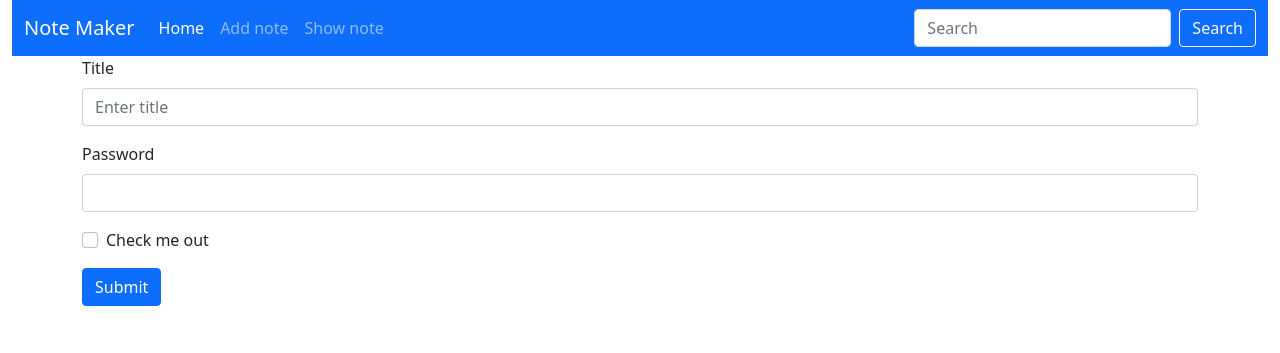
Repository: sachin1830/hibernateproject
Page: http://localhost/com.todolist/add_note.jsp
An editor plug-in stored every save of this project. The page is shown before and after the next save, followed by the edit.
The browser window is 1280 px wide. The pictures show the whole page.
Some web libraries are served in a nearby version. The page is served by Tomcat 9. Other server files are loaded and not shown.

Above is the page before, as saved 2021-01-22 04:21:35.

### com.todolist/src/main/webapp/add_note.jsp
<%@ page language="java" contentType="text/html; charset=ISO-8859-1"
	pageEncoding="ISO-8859-1"%>
<!DOCTYPE html>
<html>
<head>
<!-- Required meta tags -->
<meta charset="utf-8">
<meta name="viewport" content="width=device-width, initial-scale=1">

<!-- Bootstrap CSS -->
<link
	href="https://cdn.jsdelivr.net/npm/bootstrap@5.0.0-beta1/dist/css/bootstrap.min.css"
	rel="stylesheet"
	integrity="sha384-giJF6kkoqNQ00vy+HMDP7azOuL0xtbfIcaT9wjKHr8RbDVddVHyTfAAsrekwKmP1"
	crossorigin="anonymous">

<title>Add note</title>
</head>
<body>
	<div class="container-fluid">
		<%@include file="navbar.jsp"%>

	</div>
	<div class="container">
		<form>
			<div class="mb-3">
				<label for="title" class="form-label">Title</label>
				<input type="text" class="form-control"
					id="title" placeholder="Enter title">

			</div>
			<div class="mb-3">
				<label for="exampleInputPassword1" class="form-label">Password</label>
				<input type="password" class="form-control"
					id="exampleInputPassword1">
			</div>
			<div class="mb-3 form-check">
				<input type="checkbox" class="form-check-input" id="exampleCheck1">
				<label class="form-check-label" for="exampleCheck1">Check me
					out</label>
			</div>
			<button type="submit" class="btn btn-primary">Submit</button>
		</form>

	</div>

	<script
		src="https://cdn.jsdelivr.net/npm/bootstrap@5.0.0-beta1/dist/js/bootstrap.bundle.min.js"
		integrity="sha384-ygbV9kiqUc6oa4msXn9868pTtWMgiQaeYH7/t7LECLbyPA2x65Kgf80OJFdroafW"
		crossorigin="anonymous"></script>
	<script
		src="https://cdn.jsdelivr.net/npm/@popperjs/core@2.5.4/dist/umd/popper.min.js"
		integrity="sha384-q2kxQ16AaE6UbzuKqyBE9/u/KzioAlnx2maXQHiDX9d4/zp8Ok3f+M7DPm+Ib6IU"
		crossorigin="anonymous"></script>
	<script
		src="https://cdn.jsdelivr.net/npm/bootstrap@5.0.0-beta1/dist/js/bootstrap.min.js"
		integrity="sha384-pQQkAEnwaBkjpqZ8RU1fF1AKtTcHJwFl3pblpTlHXybJjHpMYo79HY3hIi4NKxyj"
		crossorigin="anonymous"></script>

</body>
</html>

### com.todolist/src/main/webapp/navbar.jsp
<nav class="navbar navbar-expand-lg navbar-dark bg-primary">
  <div class="container-fluid">
    <a class="navbar-brand" href="index.jsp">Note Maker</a>
    <button class="navbar-toggler" type="button" data-bs-toggle="collapse" data-bs-target="#navbarSupportedContent" aria-controls="navbarSupportedContent" aria-expanded="false" aria-label="Toggle navigation">
      <span class="navbar-toggler-icon"></span>
    </button>
    <div class="collapse navbar-collapse" id="navbarSupportedContent">
      <ul class="navbar-nav me-auto mb-2 mb-lg-0">

        <li class="nav-item">
          <a class="nav-link active" aria-current="page" href="index.jsp">Home</a>
        </li>
        <li class="nav-item">
          <a class="nav-link" href="add_note.jsp">Add note </a>
        </li>
         <li class="nav-item">
          <a class="nav-link" href="#">Show note </a>
        </li>

      </ul>
      <form class="d-flex">
        <input class="form-control me-2" type="search" placeholder="Search" aria-label="Search">
        <button class="btn btn-outline-light" type="submit">Search</button>
      </form>
    </div>
  </div>
</nav>

After the next save:
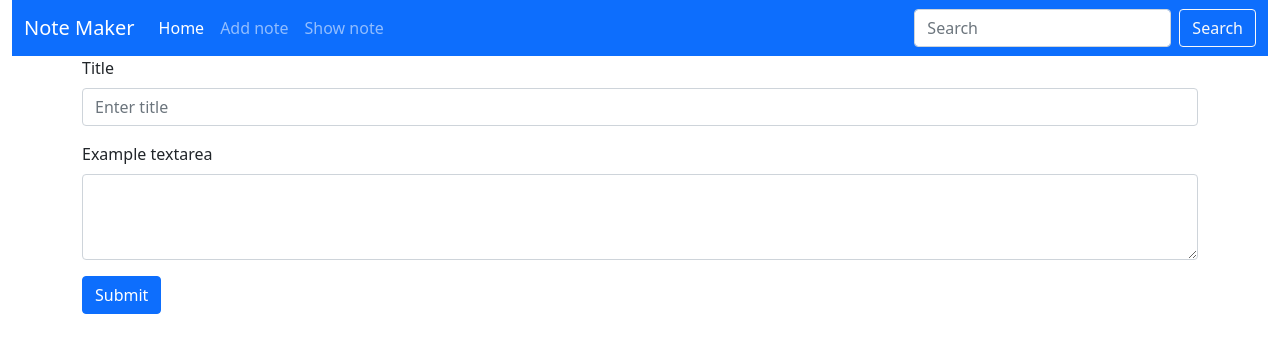
Saved 36 s later.
--- a/com.todolist/src/main/webapp/add_note.jsp
+++ b/com.todolist/src/main/webapp/add_note.jsp
@@ -24,20 +24,16 @@
 	<div class="container">
 		<form>
 			<div class="mb-3">
-				<label for="title" class="form-label">Title</label>
-				<input type="text" class="form-control"
-					id="title" placeholder="Enter title">
+				<label for="title" class="form-label">Title</label> <input
+					type="text" class="form-control" id="title"
+					placeholder="Enter title">
 
 			</div>
 			<div class="mb-3">
-				<label for="exampleInputPassword1" class="form-label">Password</label>
-				<input type="password" class="form-control"
-					id="exampleInputPassword1">
-			</div>
-			<div class="mb-3 form-check">
-				<input type="checkbox" class="form-check-input" id="exampleCheck1">
-				<label class="form-check-label" for="exampleCheck1">Check me
-					out</label>
+				<label for="exampleFormControlTextarea1" class="form-label">Example
+					textarea</label>
+				<textarea class="form-control" id="exampleFormControlTextarea1"
+					rows="3"></textarea>
 			</div>
 			<button type="submit" class="btn btn-primary">Submit</button>
 		</form>
